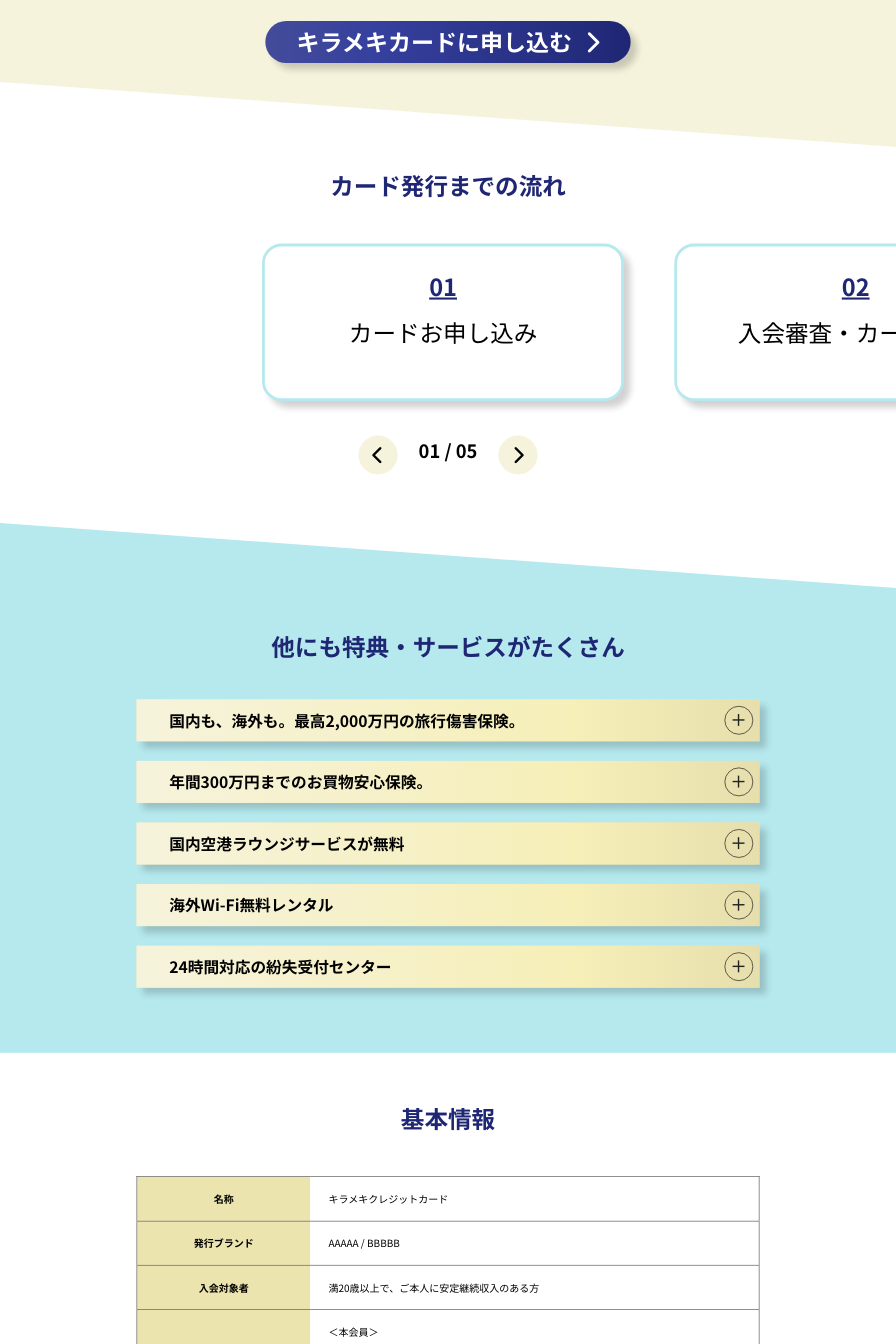
Repository: ryu-nuno/tech_academy_subwork
Page: kadai-kirameki-card/index.html
The author's editor kept a record of every edit. The page is drawn from the files as they stood at one moment, then again after the next edit.
The browser window is 1280 px wide. The pictures show the part of the page from y = 2630 to 4550 px (the page is 6309 px tall before and 6337 px after), at 70% of full size.
Some web libraries are served in a nearby version.

Above is the page before.

After the next edit:
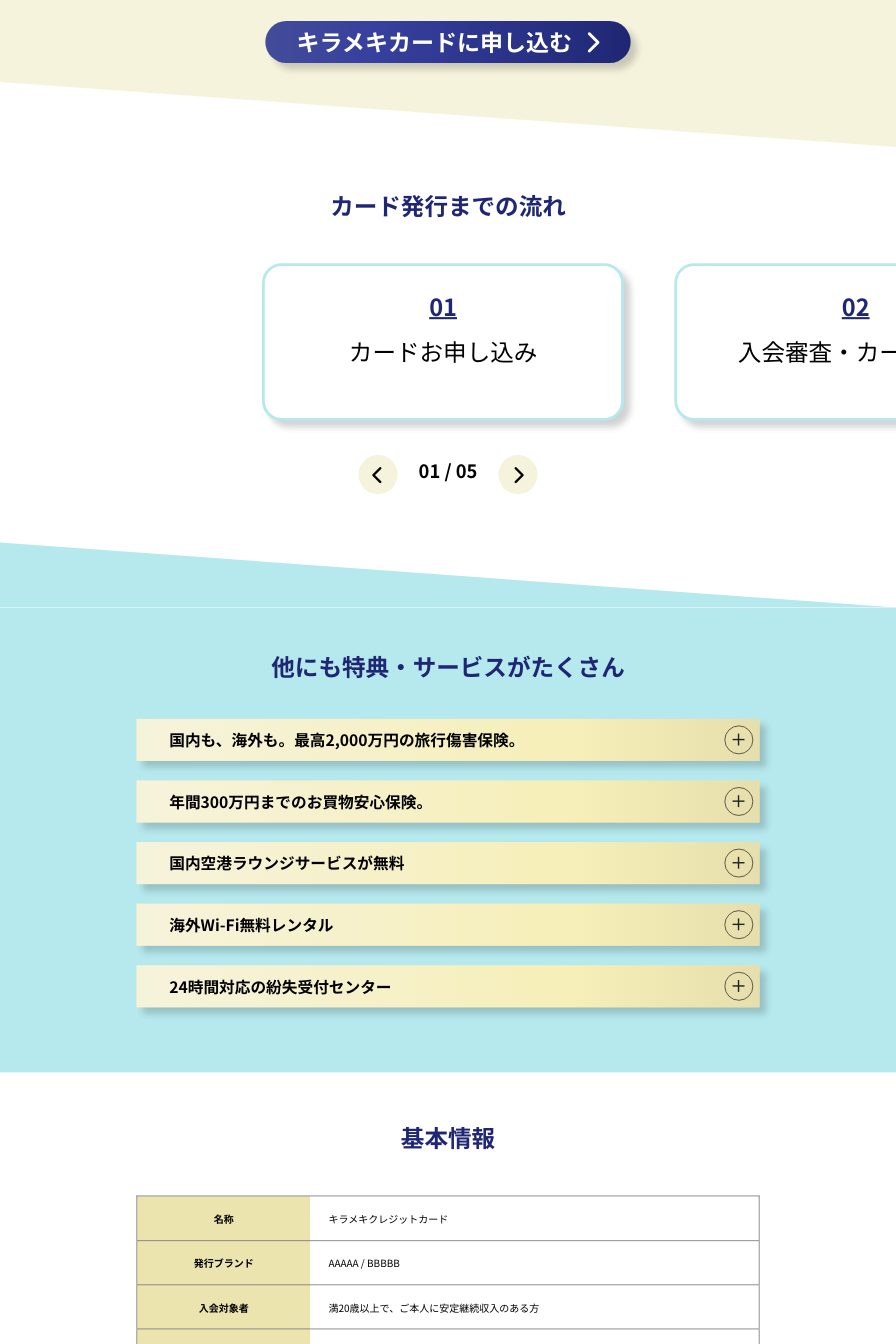
The edit:
--- a/kadai-kirameki-card/index.html
+++ b/kadai-kirameki-card/index.html
@@ -163,7 +163,7 @@
 
             <div class="hide">
              <section class="flow">
-               <h2 class="heading">カード発行までの流れ</h2>
+               <h2 class="flow_heading">カード発行までの流れ</h2>
 
                <div class="swiper">
                 <div class="swiper-wrapper">
